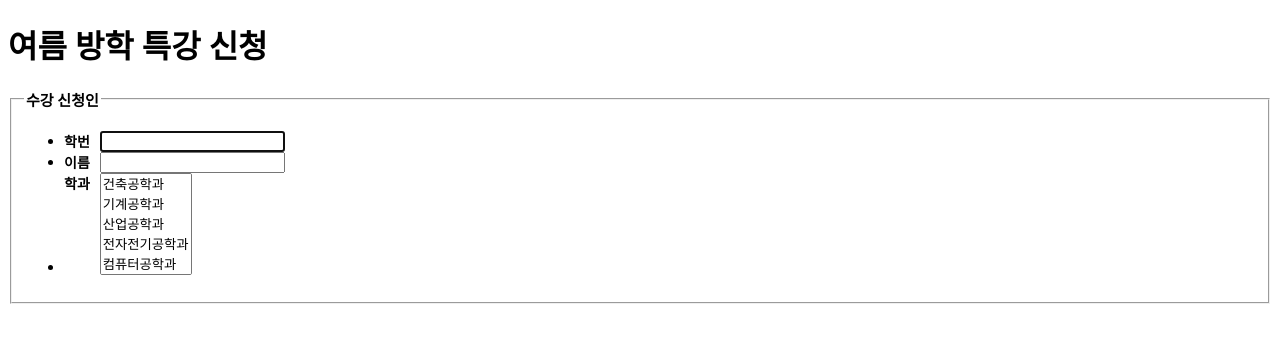
Repository: ygs3004/StudyHTML_CSS
Page: web project 01/src/main/webapp/chapter05/exam05_17.html
An editor plug-in stored every save of this project. The page is shown before and after the next save, followed by the edit.
The browser window is 1280 px wide. The pictures show the whole page.

Above is the page before, as saved 2022-08-09 01:24:20.

### web project 01/src/main/webapp/chapter05/exam05_17.html
<!DOCTYPE html>
<html>
<head>
<meta charset="UTF-8">
<title>Insert title here</title>
<style type="text/css">
	body{
		background-color:#fff;
	}

	form fieldset{
		margin-bottom:25px;
	}

	form legend{
		font-size:15px;
		font-weight:600;
	}

	.reg{
		font-size:14px;
		width:110px
		color#390;
		font-weight:bold;
		float:left;
		text-align:right;
		margin-right:10px;
	}

	forl ul li{
		list-style : none;
		margin:15px 0;
		font-size:14px;
	}
</style>
</head>
<body>
<h1>여름 방학 특강 신청</h1>
<form action = "">
	<fieldset>
		<legend>수강 신청인</legend>
		<ul>
			<li>
				<label class="reg" for="id">학번</label>
				<input type="text" id="id" autofocus>
			</li>
			<li>
				<label class="reg" for="name">이름</label>
				<input type="text" id="name">
			</li>
			<li>
				<label class="reg" for="class">학과</label>
				<select size="5" id="class" multiple>
					<option value="archi">건축공학과</option>
					<option value="mechanic">기계공학과</option>
					<option value="indust">산업공학과</option>
					<option value="elec">전자전기공학과</option>
					<option value="computer">컴퓨터공학과</option>
					<option value="chemical">화학공학과</option>
				</select>
			</li>
		</ul>
	</fieldset>
</form>
</body>
</html>

After the next save:
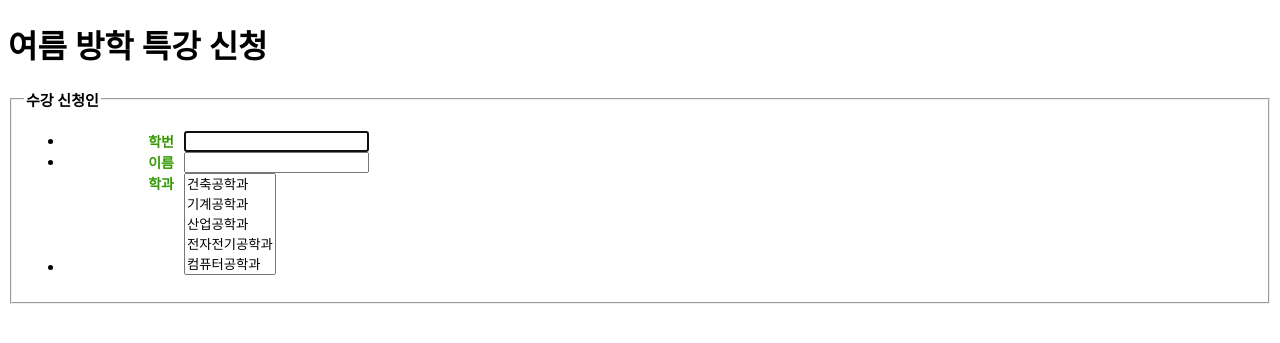
Saved 39 s later.
--- a/web project 01/src/main/webapp/chapter05/exam05_17.html
+++ b/web project 01/src/main/webapp/chapter05/exam05_17.html
@@ -19,8 +19,8 @@
 
 	.reg{
 		font-size:14px;
-		width:110px
-		color#390;
+		width:110px;
+		color:#390;
 		font-weight:bold;
 		float:left;
 		text-align:right;
@@ -28,7 +28,7 @@
 	}
 
 	forl ul li{
-		list-style : none;
+		list-style:none;
 		margin:15px 0;
 		font-size:14px;
 	}
